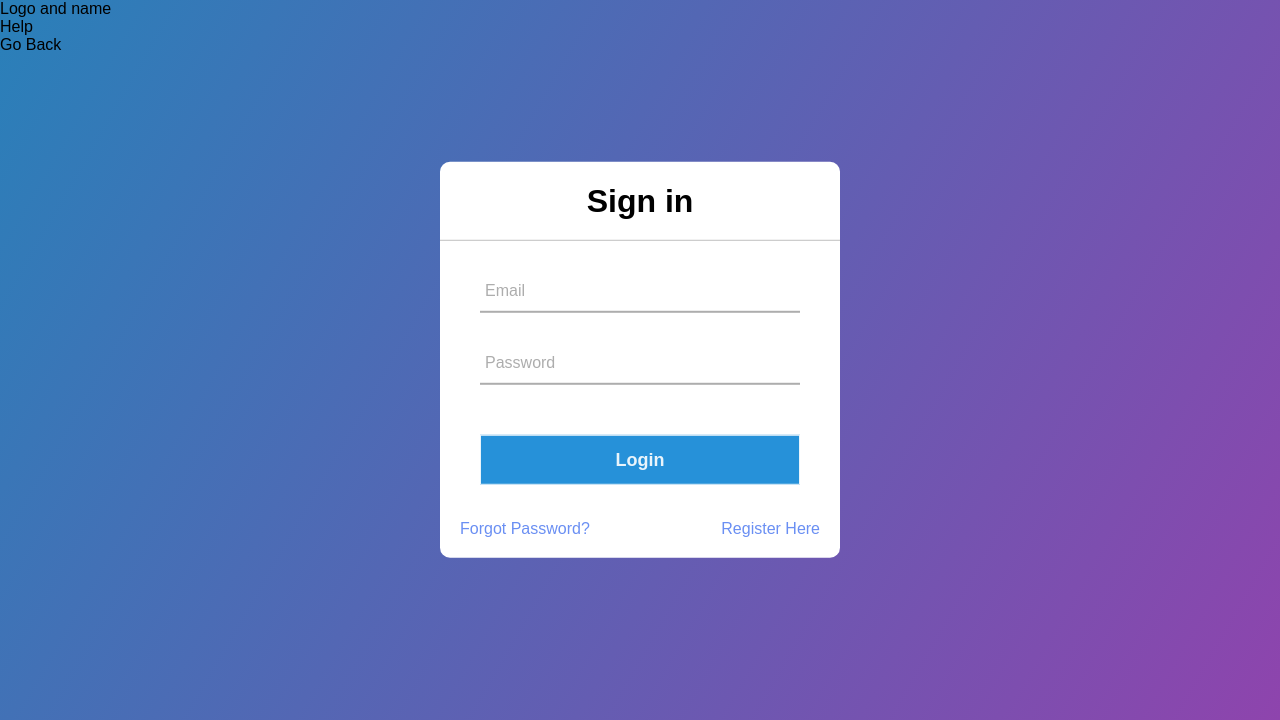
Repository: poornasyamasundar/Software-Project-Manager
Page: SoftwareManager/Templates/login.html
These files come from the project's save history. The page is drawn as it stood at one moment and after the next save; the edit follows.
The browser window is 1280 px wide. The pictures show the whole page.

Above is the page before, as saved 2021-10-19 11:10:07.

After the next save:
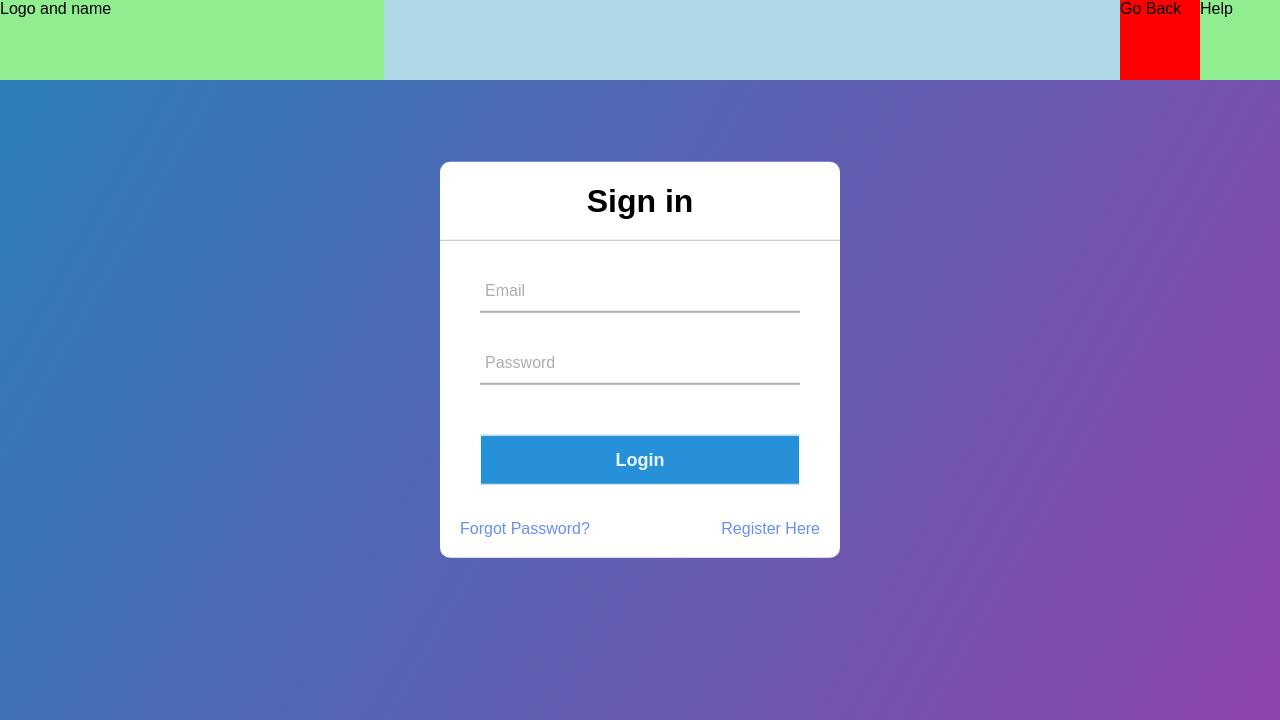
Saved 32 s later.
--- a/SoftwareManager/Templates/login.css
+++ b/SoftwareManager/Templates/login.css
@@ -1,4 +1,4 @@
-/* body
+body
 {
 	background-color: lightpink;
 }
@@ -31,7 +31,7 @@
 	float: right;
 	background-color: lightgreen;
 }
-#loginbox
+/*#loginbox
 {
 	height: 350px;
 	width: 300px;
